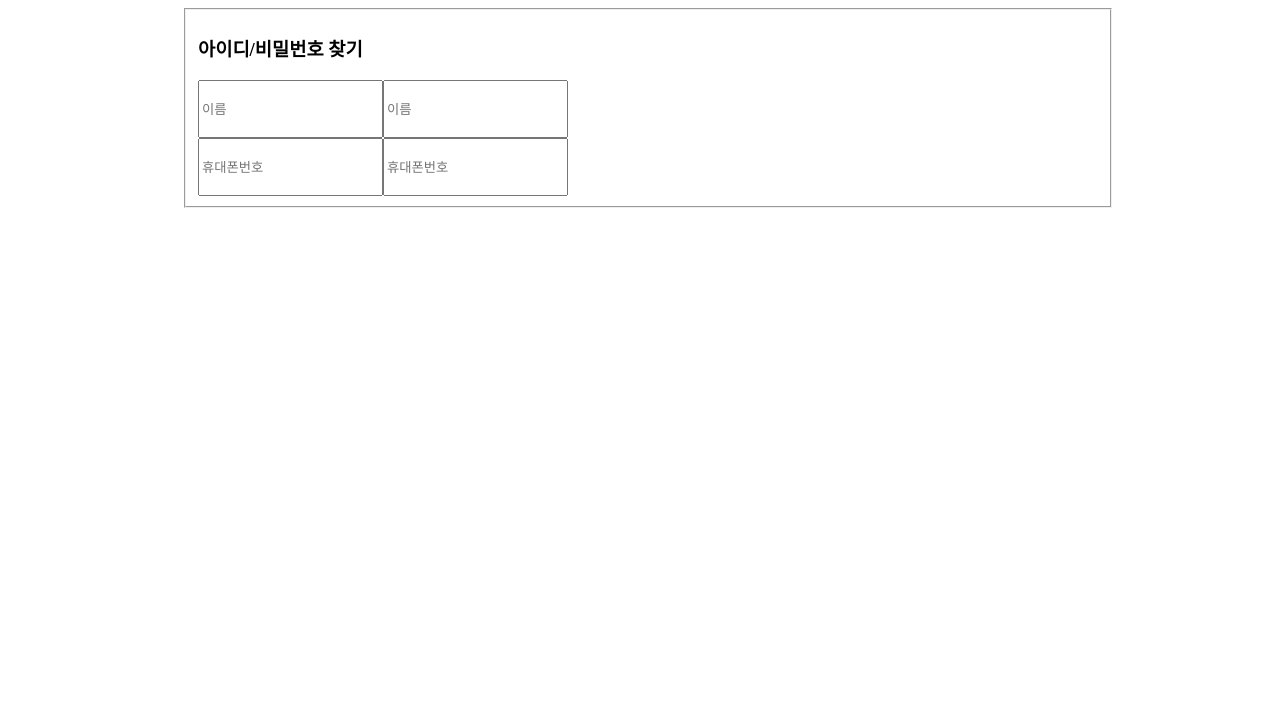
Repository: agheha/trillion
Page: YH/study_project/html/find.html
An editor plug-in stored every save of this project. The page is shown before and after a run of saves, followed by the edit.
The browser window is 1280 px wide. The page is 1288 px wide, so the pictures cover 1288 px, including what lies to the right of the window. The pictures show the whole page.

Above is the page before, as saved 2019-09-04 19:25:50.

After the next 3 saves:
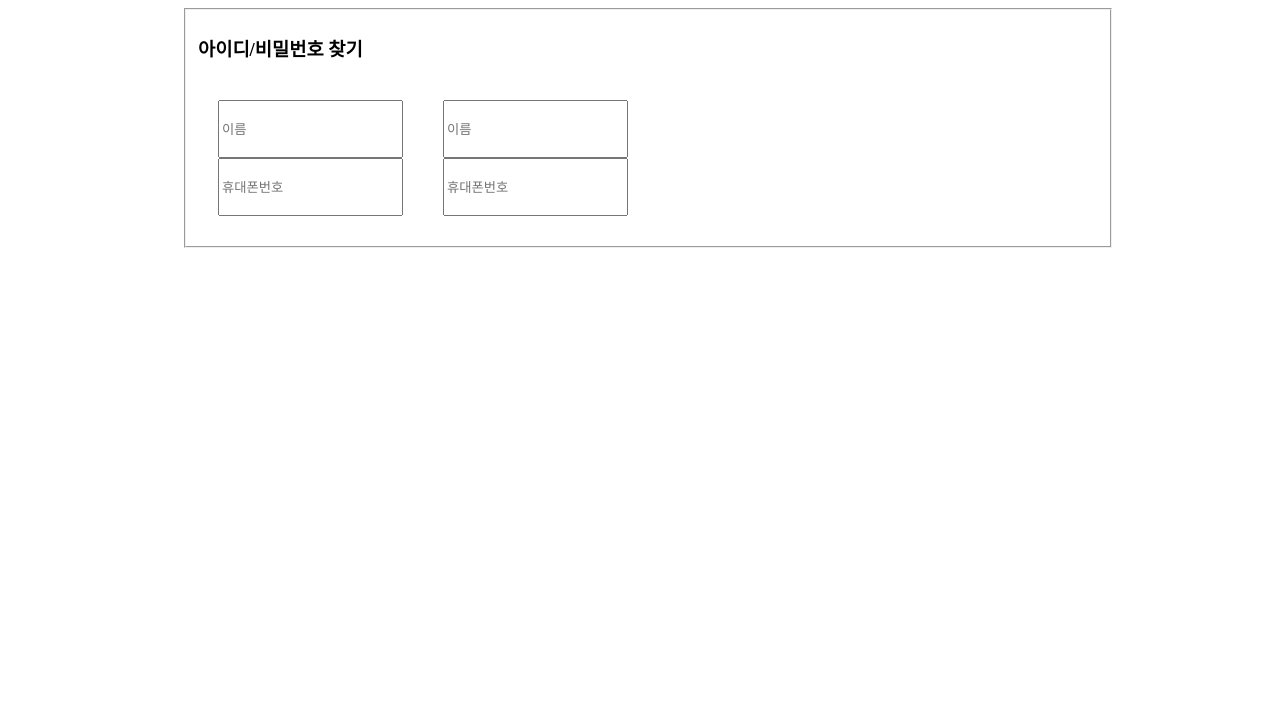
The 3 saves are shown as one change because they came seconds apart.
The last was saved 31 s later.
--- a/YH/study_project/css/find.css
+++ b/YH/study_project/css/find.css
@@ -13,5 +13,5 @@
 }
 .inputbox {
     float: left;
-    margin : 0 auto;
+    margin : 20px;
 }
